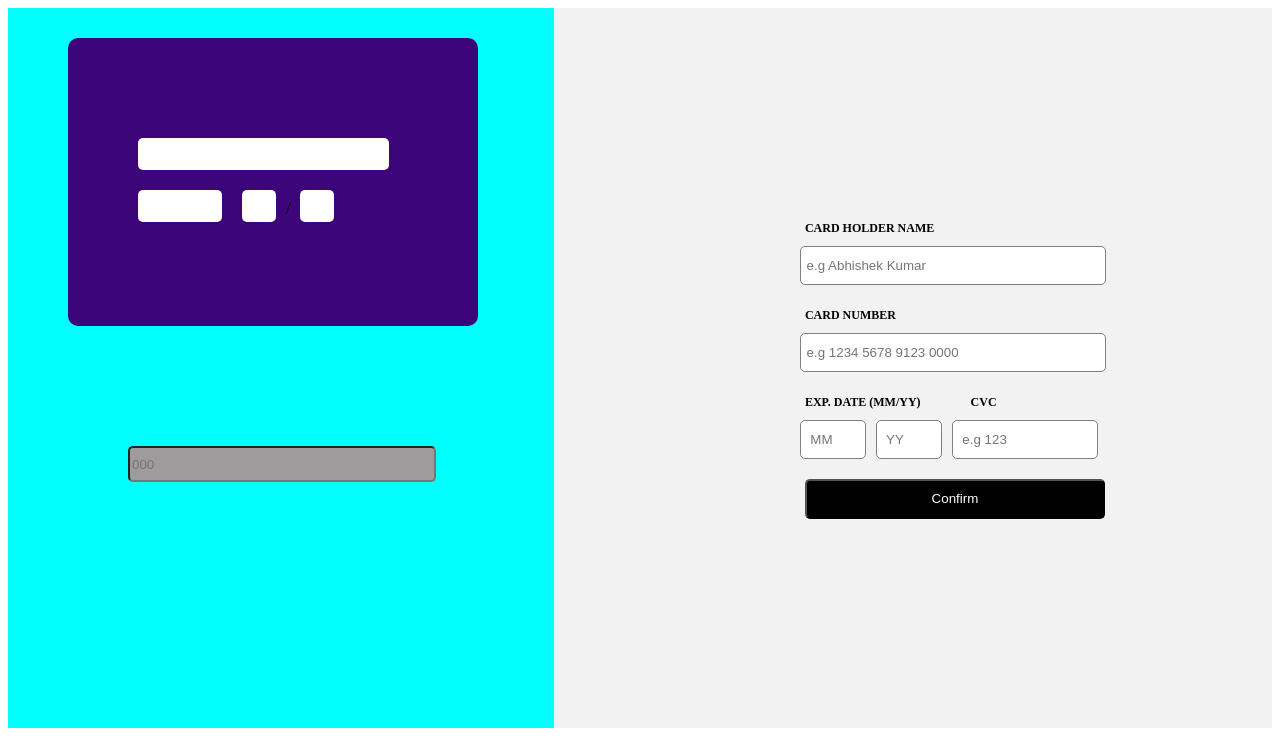
Repository: Abhi2359/frontendchallenge-1
Page: /
An editor plug-in stored every save of this project. The page is shown before and after a run of saves, followed by the edit.
The browser window is 1280 px wide. The pictures show the whole page.
The project was rebuilt for these pictures with package versions that can differ from the ones it lists, and the page was loaded fresh each time.

Above is the page before, as saved 2023-02-15 20:14:50.

After the next 4 saves:
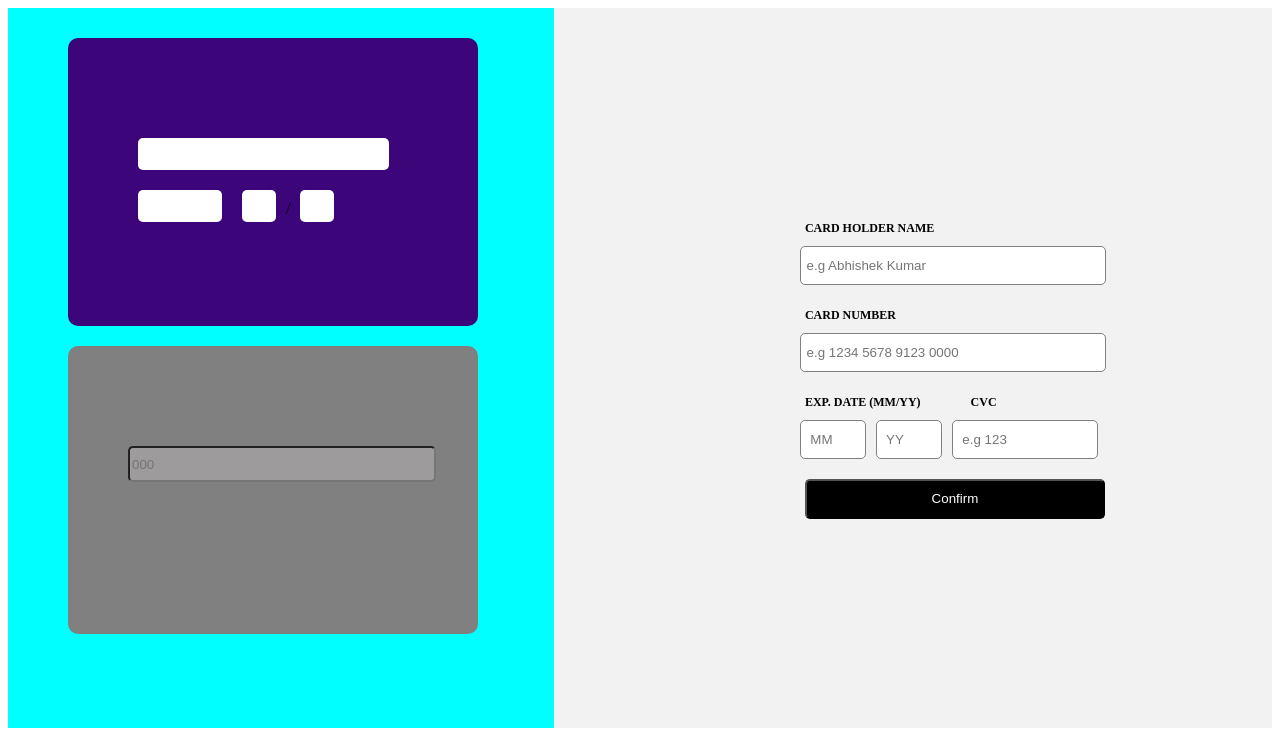
The 4 saves are shown as one change because they came seconds apart.
The last was saved 28 s later.
--- a/src/components/Cards/Card2.css
+++ b/src/components/Cards/Card2.css
@@ -1,5 +1,6 @@
 .card2{
     /* background: rgb(60,6,122); */
+    background-color: gray;
     /* background: linear-gradient(121deg, rgba(60,6,122,1) 14%, rgba(182,21,151,1) 40%, rgba(83,98,225,1) 78%); */
     height: 40vh;
     width: 350px;
